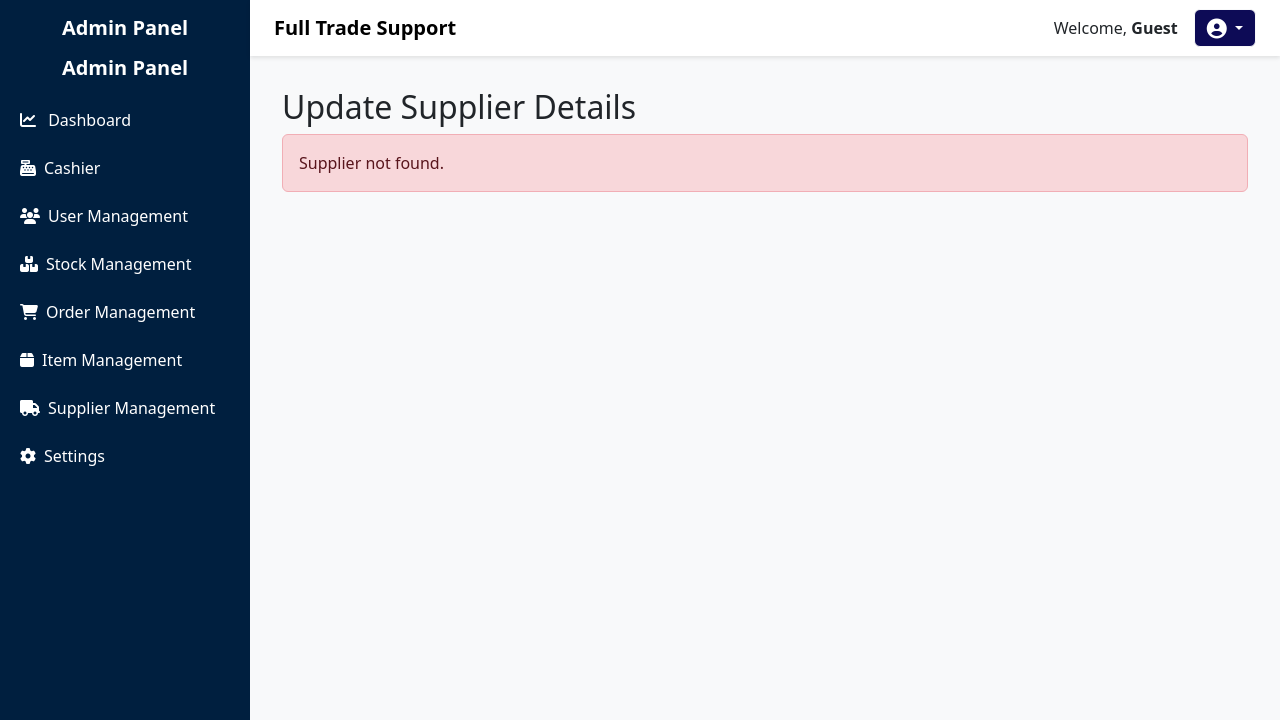
Repository: LakviduUpasara/onlineSparePartsManagementSystem
Page: http://localhost/Spare_parts_Management_Systems/supplier-update
These files come from the project's save history. The page is drawn as it stood at one moment and after the next save; the edit follows.
The browser window is 1280 px wide. The pictures show the whole page.
The page is served by Tomcat 9. Other server files are loaded and not shown. Queries for data that is not in the repository find no rows.

Above is the page before, as saved 2025-05-15 03:38:53.

### Project/Project/Spare_parts_Management_Systems/src/main/webapp/Maneger/supplier-update.jsp
<%@ page import="com.spareparts.model.Supplier" %>
<%@ page language="java" contentType="text/html; charset=UTF-8" pageEncoding="UTF-8"%>
<!DOCTYPE html>
<html lang="en">
<head>
    <meta charset="UTF-8">
    <title>Update Supplier</title>
    <link href="https://cdn.jsdelivr.net/npm/bootstrap@5.3.2/dist/css/bootstrap.min.css" rel="stylesheet">
    <link href="https://cdnjs.cloudflare.com/ajax/libs/font-awesome/6.5.0/css/all.min.css" rel="stylesheet">
    <style>
        body {
            display: flex;
            min-height: 100vh;
            overflow-x: hidden;
        }
        .sidebar {
            width: 250px;
            background-color: #001f3f;
            color: #fff;
            flex-shrink: 0;
            padding-top: 1rem;
        }
        .sidebar a {
            display: block;
            padding: 12px 20px;
            color: #fff;
            text-decoration: none;
            transition: background 0.3s;
        }
        .sidebar a:hover {
            background-color: #003366;
        }
        .sidebar h5 {
            text-align: center;
            margin-bottom: 1rem;
            font-weight: bold;
        }
        .main-content {
            flex-grow: 1;
            background: #f8f9fa;
        }
        .navbar {
            background-color: #ffffff;
            box-shadow: 0 2px 4px rgba(0,0,0,0.1);
        }
        .dashboard-content {
            padding: 2rem;
        }
        .custom-header {
            background-color: #0d0b56; /* Match navigation blue */
            color: white;
        }
        .btn {
            background-color: #0d0b56;
            color: white;
        }
        .btn:hover {
            background-color: #003366;
        }
        .export-btn {
            background-color: #ffffff;
            color: #0d0b56;
            border: 1px solid #0d0b56;
        }
        .export-btn:hover {
            background-color: #0d0b56;
            color: #ffffff;
        }
    </style>
</head>
<body>

    <!-- Sidebar -->
    <div class="sidebar">
        <h5>Admin Panel</h5>


  	    <h5>Admin Panel</h5>
    <a href="${pageContext.request.contextPath}/dashboard"><i class="fas fa-chart-line me-2"></i> Dashboard</a>
    <a href="${pageContext.request.contextPath}/cashier"><i class="fas fa-cash-register me-2"></i>Cashier</a>
    <a href="${pageContext.request.contextPath}/GetAllServlet"><i class="fas fa-users me-2"></i>User Management</a>
    <a href="${pageContext.request.contextPath}/item-list"><i class="fas fa-boxes me-2"></i>Stock Management</a>
    <a href="#"><i class="fas fa-shopping-cart me-2"></i>Order Management</a>
    <a href=""${pageContext.request.contextPath}/item-list""><i class="fas fa-box me-2"></i>Item Management</a>

    <a href="${pageContext.request.contextPath}/supplier-list"><i class="fas fa-truck me-2"></i>Supplier Management</a>
    <a href="${pageContext.request.contextPath}/profile.jsp" data-bs-toggle="collapse" data-bs-target="#settingsMenu"><i class="fas fa-gear me-2"></i>Settings</a>
    <div class="collapse ms-3" id="settingsMenu">
      <a href="#" class="d-block mt-1"><i class="fas fa-sliders-h me-2"></i>System Preferences</a>
    </div>
  </div>

  <!-- Main Content -->
  <div class="main-content w-100">
    <nav class="navbar navbar-expand-lg navbar-light px-4">
      <a class="navbar-brand fw-bold" href="#">Full Trade Support</a>
      <div class="ms-auto d-flex align-items-center">
        <span class="me-3">
          Welcome, <strong><%= session.getAttribute("Name") != null ? session.getAttribute("Name") : "Guest" %></strong>
        </span>
        <div class="dropdown">
          <a class="btn btn-light dropdown-toggle" href="#" role="button" data-bs-toggle="dropdown">
            <i class="fas fa-user-circle fa-lg"></i>
          </a>
          <ul class="dropdown-menu dropdown-menu-end">
            <li><a class="dropdown-item" href="${pageContext.request.contextPath}/profile.jsp"><i class="fas fa-id-badge me-2"></i>Profile</a></li>
            <li><hr class="dropdown-divider"></li>
            <li><a class="dropdown-item text-danger" href="${pageContext.request.contextPath}/LogoutServlet"><i class="fas fa-sign-out-alt me-2"></i>Logout</a></li>
          </ul>
        </div>
      </div>
    </nav>

        <!-- Supplier Management Section -->
        <div class="dashboard-content">
            <h2>Update Supplier Details</h2>
            <%
                Supplier supplier = (Supplier) request.getAttribute("supplier");
                if (supplier != null) {
            %>
            <form action="supplier-update" method="post">
                <input type="hidden" name="supplierId" value="<%= supplier.getSupplierID() %>">
                <div class="mb-3">
                    <label for="supplierName" class="form-label">Name</label>
                    <input type="text" class="form-control" name="supplierName" value="<%= supplier.getSupplierName() %>" required>
                </div>
                <div class="mb-3">
                    <label for="contactNumber" class="form-label">Contact Number</label>
                    <input type="text" class="form-control" name="contactNumber" value="<%= supplier.getContactNumber() %>" required>
                </div>
                <div class="mb-3">
                    <label for="address" class="form-label">Address</label>
                    <textarea class="form-control" name="address" required><%= supplier.getAddress() %></textarea>
                </div>

                <button type="submit" class="btn">Update Supplier</button>
                <a href="supplier-list" class="btn btn-secondary">Cancel</a>
            </form>
            <% } else { %>
            <div class="alert alert-danger">Supplier not found.</div>
            <% } %>
        </div>
    </div>

    <script src="https://cdn.jsdelivr.net/npm/bootstrap@5.3.2/dist/js/bootstrap.bundle.min.js"></script>
</body>
</html>

### Project/Project/Spare_parts_Management_Systems/src/main/java/com/spareparts/servlet/SupplierUpdateServlet.java
package com.spareparts.servlet;

import com.spareparts.controller.SupplierController;
import com.spareparts.model.Supplier;

import javax.servlet.*;
import javax.servlet.annotation.WebServlet;
import javax.servlet.http.*;
import java.io.IOException;

@WebServlet("/supplier-update")
public class SupplierUpdateServlet extends HttpServlet {

	private SupplierController supplierDAO;

    public void init() {
        supplierDAO = new SupplierController();
    }

    protected void doGet(HttpServletRequest request, HttpServletResponse response)
            throws ServletException, IOException {

        String id = request.getParameter("id");
        Supplier supplier = supplierDAO.getSupplierById(id);
        request.setAttribute("supplier", supplier);
        RequestDispatcher dispatcher = request.getRequestDispatcher("Maneger/supplier-update.jsp");
        dispatcher.forward(request, response);
    }

    protected void doPost(HttpServletRequest request, HttpServletResponse response)
            throws ServletException, IOException {

        String id = request.getParameter("supplierId");
        String name = request.getParameter("supplierName");
        String contact = request.getParameter("contactNumber");
        String address = request.getParameter("address");

        boolean updated = supplierDAO.updateSupplier(id, name, contact, address);
        if (updated) {
        	String alterMessage = "Supllier Details Update successful";
			response.getWriter().println("<script> alert('"+alterMessage+"'); window.location.href='supplier-list'</script>");

        } else {
            response.getWriter().println("Failed to update supplier.");
        }
    }
}

### Project/Project/Spare_parts_Management_Systems/src/main/java/com/spareparts/util/DBConnection.java
package com.spareparts.util;

import java.sql.Connection;
import java.sql.DriverManager;

public class DBConnection {
	private static String url = "jdbc:mysql://localhost:3306/Spareparts";
	private static String user = "root";
	private static String pass = "Lakvidu@2001";
	private static Connection con;

	public static Connection getConnection() {
		try {
			Class.forName("com.mysql.jdbc.Driver");
			con = DriverManager.getConnection(url, user, pass);
		}
		catch(Exception e) {
			System.out.println("Database not connect !");
		}
		return con;
	}



}

After the next save:
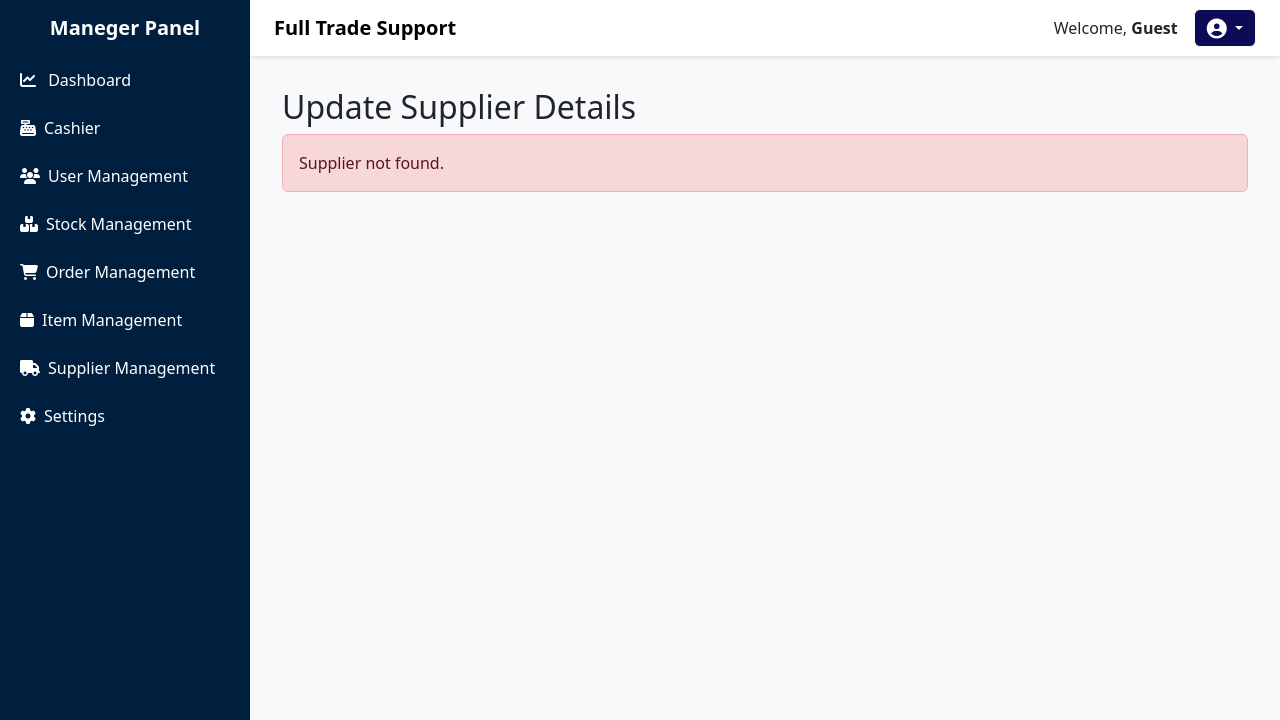
Saved 44 s later.
--- a/Project/Project/Spare_parts_Management_Systems/src/main/webapp/Maneger/supplier-update.jsp
+++ b/Project/Project/Spare_parts_Management_Systems/src/main/webapp/Maneger/supplier-update.jsp
@@ -72,10 +72,8 @@
 
     <!-- Sidebar -->
     <div class="sidebar">
-        <h5>Admin Panel</h5>
+      <h5>Maneger  Panel</h5>
 
-
-  	    <h5>Admin Panel</h5>
     <a href="${pageContext.request.contextPath}/dashboard"><i class="fas fa-chart-line me-2"></i> Dashboard</a>
     <a href="${pageContext.request.contextPath}/cashier"><i class="fas fa-cash-register me-2"></i>Cashier</a>
     <a href="${pageContext.request.contextPath}/GetAllServlet"><i class="fas fa-users me-2"></i>User Management</a>
